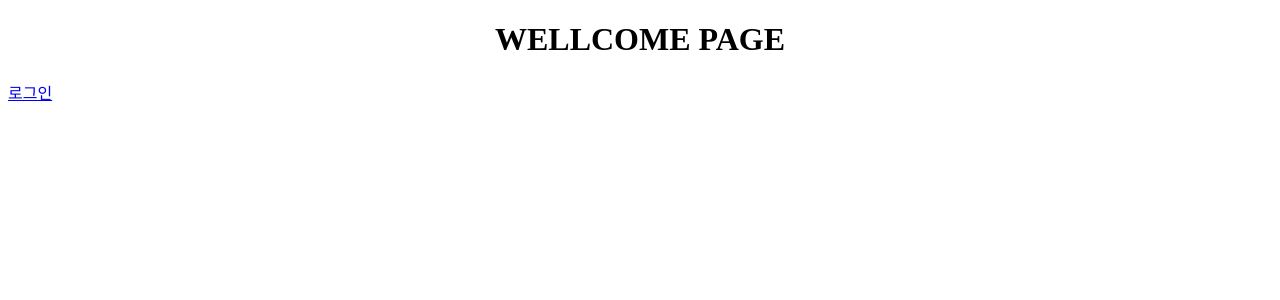
Repository: tae10/app-board-solo
Page: http://localhost/app-board/index
The author's editor kept a copy of each file at every save. The page is drawn from the files as they stood at one save, then again after the next save.
The browser window is 1280 px wide. The pictures show the whole page.
The page is served by Tomcat 9. Other server files are loaded and not shown.

Above is the page before, as saved 2023-04-08 13:49:50.

### app-board/src/main/webapp/WEB-INF/views/index.jsp
<%@ page language="java" contentType="text/html; charset=EUC-KR"
	pageEncoding="EUC-KR"%>
<%@ taglib prefix="c" uri="http://java.sun.com/jsp/jstl/core"%>
<!DOCTYPE html>
<html>
<head>
<meta charset="EUC-KR">
<title>welcome page</title>
</head>
<body>
	<h1 style="text-align: center;">WELLCOME PAGE</h1>

	<div>
		<c:choose>
			<c:when test="${sessionScope.logon }">
				<a href="/logout">로그아웃</a>
			</c:when>
			<c:otherwise>
				<a href="/login">로그인</a>
			</c:otherwise>
		</c:choose>
	</div>


</body>
</html>

### app-board/src/main/java/controller/IndexController.java
package controller;

import java.io.IOException;

import javax.servlet.ServletException;
import javax.servlet.annotation.WebServlet;
import javax.servlet.http.HttpServlet;
import javax.servlet.http.HttpServletRequest;
import javax.servlet.http.HttpServletResponse;

@WebServlet("/index")
public class IndexController extends HttpServlet{


	@Override
	protected void service(HttpServletRequest req, HttpServletResponse resp) throws ServletException, IOException {



		req.getRequestDispatcher("/WEB-INF/views/index.jsp").forward(req, resp);

	}

}

After the next save:
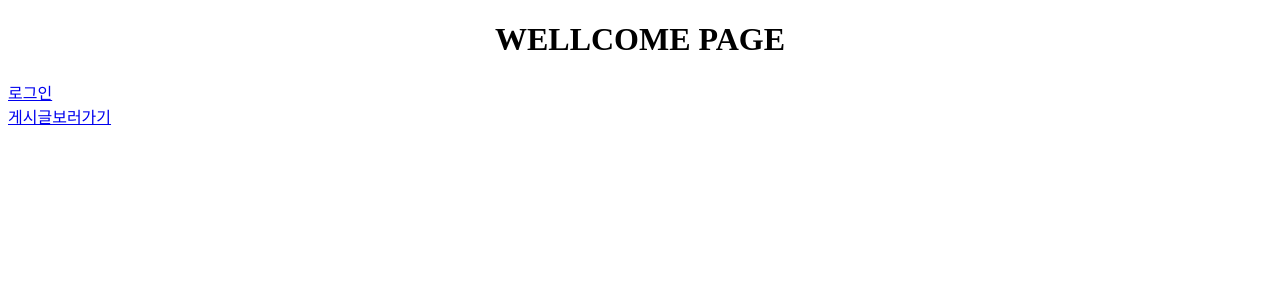
Saved 2 min 6 s later.
--- a/app-board/src/main/webapp/WEB-INF/views/index.jsp
+++ b/app-board/src/main/webapp/WEB-INF/views/index.jsp
@@ -21,6 +21,9 @@
 		</c:choose>
 	</div>
 
+	<div>
+	 <a href="/board">게시글보러가기</a>
+	</div>
 
 </body>
 </html>
